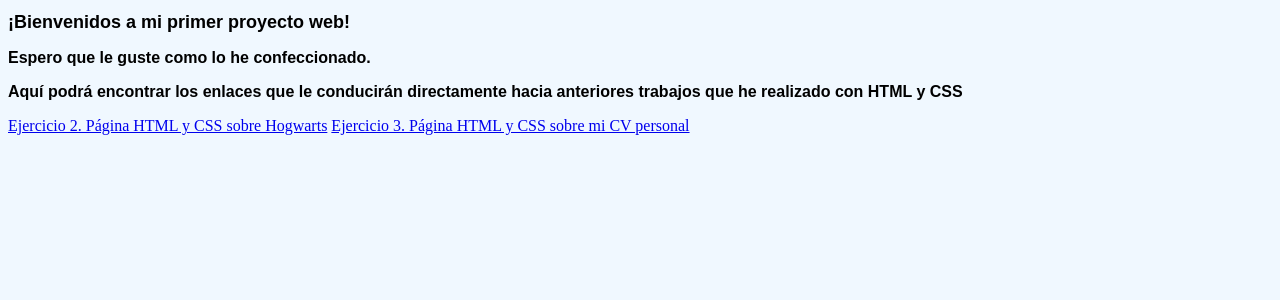
Repository: Pablosky971/Ejercicio-4.-Proyecto-Web
Page: http://localhost/Ejercicio4/
An editor plug-in stored every save of this project. The page is shown before and after the next save, followed by the edit.
The browser window is 1280 px wide. The pictures show the whole page.
The page is served by Tomcat 9.

Above is the page before, as saved 2022-03-09 12:26:53.

### Ejercicio4/src/main/webapp/index.html
<!DOCTYPE html>
<html>
<head>
<meta charset="UTF-8">
<title>Presentación</title>
<link rel="stylesheet" href="css/index.css">
</head>
<body>
	<header>
		<h1 class="titulo"> ¡Bienvenidos a mi primer proyecto web! </h1>
		<h3 class="subtitulo"> Espero que le guste como lo he confeccionado.</h3>

	</header>

	<main>

	<nav>
		<h3 class="navegacion"> Aquí podrá encontrar los enlaces que le conducirán directamente hacia anteriores trabajos que he realizado con HTML y CSS</h3>
		<a href="ejercicio2"> Ejercicio 2. Página HTML y CSS sobre Hogwarts</a>
		<a href="ejercicio3"> Ejercicio 3. Página HTML y CSS sobre mi CV personal</a>
	</nav>
	</main>

</body>
</html>

### Ejercicio4/src/main/webapp/css/index.css
body {
	background-color: aliceblue;

}
h1.titulo {
	font-family: sans-serif;
	font-size: large;

}

h3.subtitulo {
	font-family: sans-serif;
	font-size: medium;
}

h3.navegacion {
	font-family: sans-serif;
	font-size: medium;
}

a {

}

After the next save:
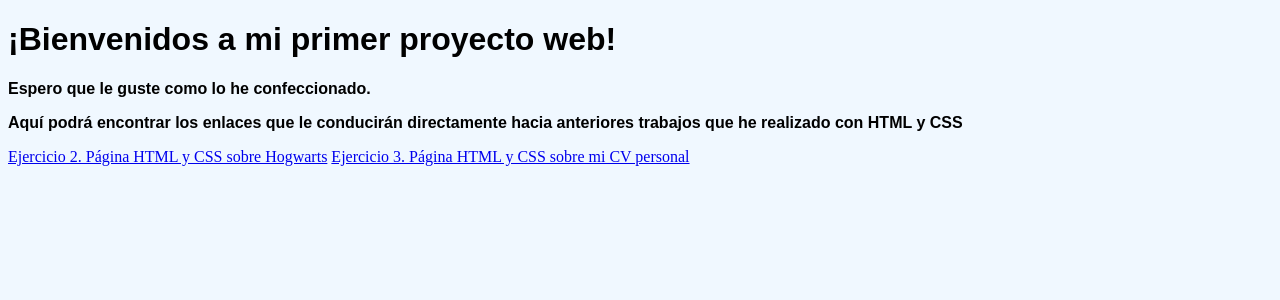
Saved 9 min 37 s later.
--- a/Ejercicio4/src/main/webapp/css/index.css
+++ b/Ejercicio4/src/main/webapp/css/index.css
@@ -4,7 +4,7 @@ body {
 }
 h1.titulo {
 	font-family: sans-serif;
-	font-size: large;
+	font-size: xx-large;
 
 }
 
